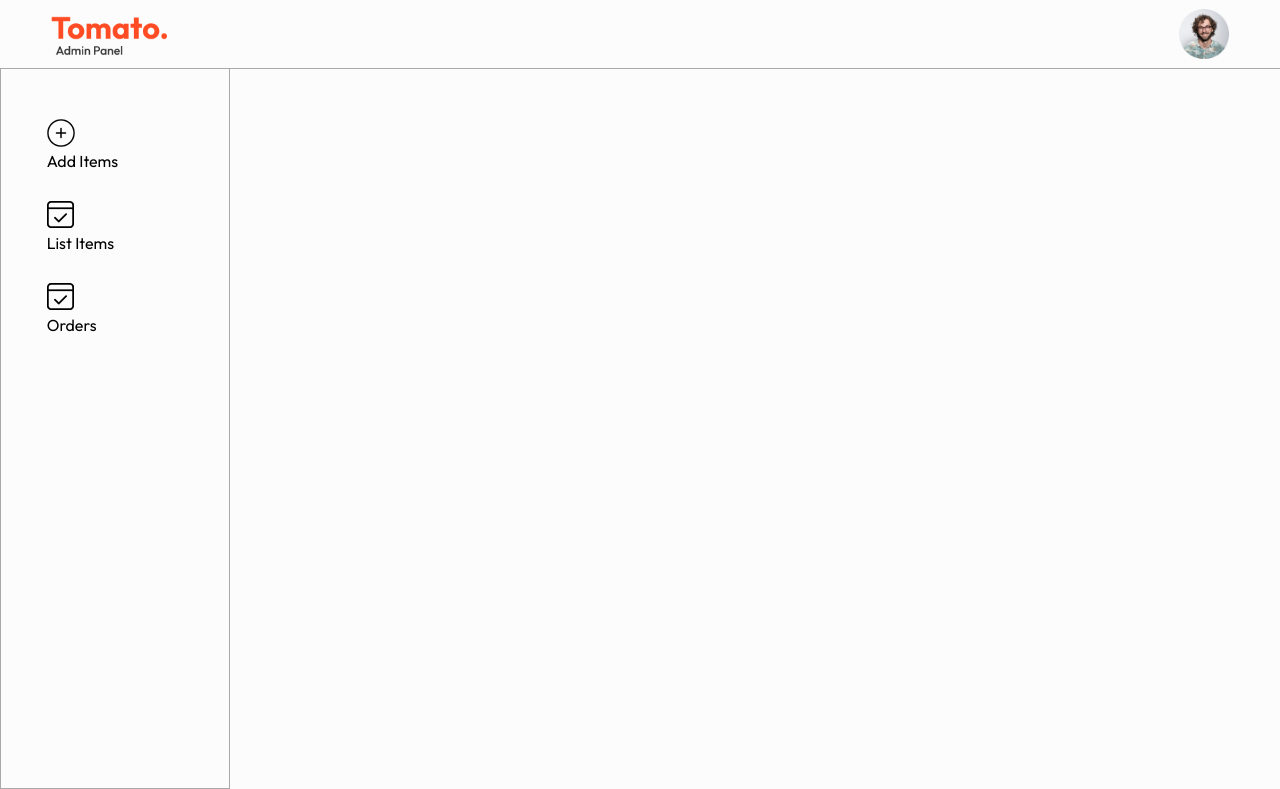
Repository: andrei-nagy/food-del---to-deploy
Page: /list (app in admin/)
The author's editor kept a copy of each file at every save. The page is drawn from the files as they stood at one save, then again after the next save.
The browser window is 1280 px wide. The pictures show the whole page.
The project was rebuilt for these pictures with package versions that can differ from the ones it lists, and the page was loaded fresh each time. Also part of the build but not shown: admin/vite.config.js.

Above is the page before, as saved 2024-09-24 21:11:50.

### admin/src/main.jsx

import React from 'react'
import ReactDOM  from 'react-dom/client'
import App from './App.jsx'
import './index.css'
import{BrowserRouter} from "react-router-dom"


ReactDOM.createRoot(document.getElementById('root')).render(
  <BrowserRouter>
  <App></App>
  </BrowserRouter>

)

### admin/src/App.jsx
import React from 'react'
import Navbar from './components/Navbar/Navbar'
import Sidebar from './components/Sidebar/Sidebar'

const App = () => {
  return (
    <div>
        <Navbar></Navbar>
        <hr></hr>
        <div className="app-content">
            <Sidebar/>
        </div>
    </div>
  )
}

export default App

### admin/src/index.css
@import url('https://fonts.googleapis.com/css2?family=Outfit:wght@100..900&display=swap');


*{
  padding: 0px;
  margin: 0px;
  box-sizing: border-box;
  font-family: Outfit;
}

body{
  min-height: 100vh;
  background-color: #fcfcfc;
}

a{
  text-decoration: none;
  color:inherit;
}

hr{
  border: none;
  height: 1px;
  background-color: #a9a9a9;
}

.app-content{
  display: flex;
}

### admin/src/components/Navbar/Navbar.jsx
import React from 'react'
import './Navbar.css'
import {assets} from '../../assets/assets'

const Navbar = () => {
    return (
        <div className="navbar">
            <img className="logo" src={assets.logo} alt="" />
            <img src={assets.profile_image} alt="" className="profile" />
        </div>
    )
}

export default Navbar

### admin/src/components/Sidebar/Sidebar.jsx
import React from 'react'
import './Sidebar.css'
import { assets } from '../../assets/assets'
const Sidebar = () => {
  return (
    <div className="sidebar">
        <div className="sidebar-options">
            <div className="sidebar-option">
                <img src={assets.add_icon} alt="" />
                <p>Add Items</p>
            </div>
            <div className="sidebar-option">
                <img src={assets.order_icon} alt="" />
                <p>List Items</p>
            </div>
            <div className="sidebar-option">
                <img src={assets.order_icon} alt="" />
                <p>Orders</p>
            </div>
        </div>
    </div>
  )
}

export default Sidebar

### admin/src/components/Navbar/Navbar.css
.navbar {
    display: flex;
    justify-content: space-between;
    align-items: center;
    padding: 8px 4%;
}

.navbar .logo{
    width: max(10%, 80px);
}

.navbar .profile {
    width: 50px;
}

### admin/src/components/Sidebar/Sidebar.css
.sidebar{
    width: 18%;
    min-height: 100vh;
    border: 1.5px solid #a9a9a9;
    border-top: 0;
}

.sidebar-options{
padding-top: 50px;
padding-left: 20%;
display: flex;
flex-direction: column;
gap: 30px;
}
.sidebar-option{

}

Loaded but not shown: admin/index.html (common file); admin/src/assets/assets.js (common file)

After the next save:
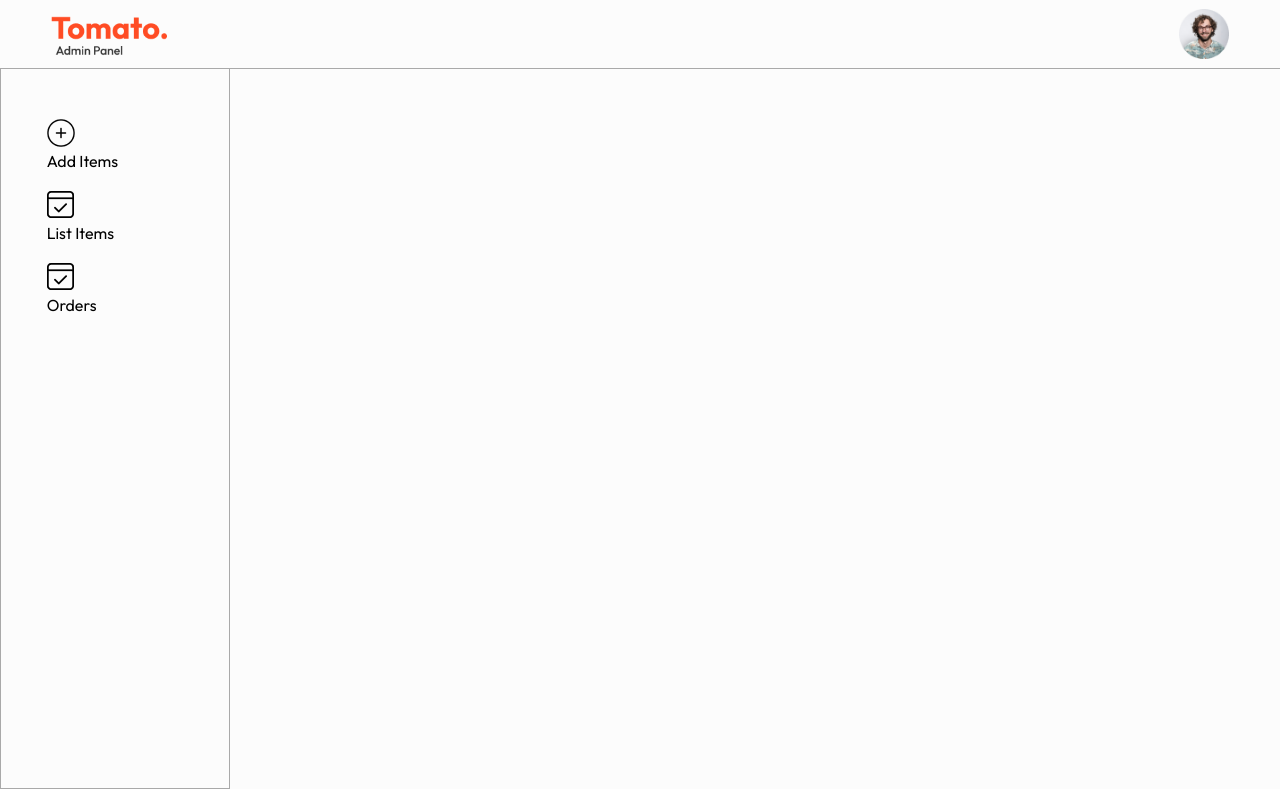
Saved 4 s later.
--- a/admin/src/components/Sidebar/Sidebar.css
+++ b/admin/src/components/Sidebar/Sidebar.css
@@ -10,7 +10,7 @@ padding-top: 50px;
 padding-left: 20%;
 display: flex;
 flex-direction: column;
-gap: 30px;
+gap: 20px;
 }
 .sidebar-option{
 
